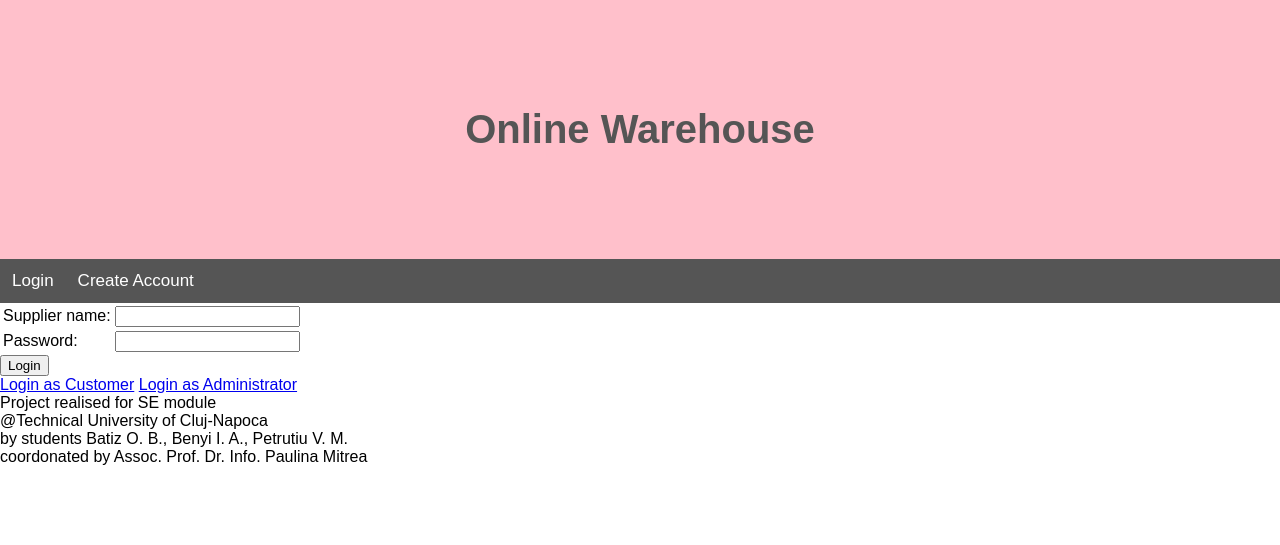
Repository: orsi-batiz/SEwithJSP
Page: http://localhost/OnlineWarehouse/loginSupplier.jsp
The author's editor kept a copy of each file at every save. The page is drawn from the files as they stood at one save, then again after the next save.
The browser window is 1280 px wide. The pictures show the whole page.
The page is served by Tomcat 9. Other server files are loaded and not shown.

Above is the page before, as saved 2019-01-16 19:12:45.

### OnlineWarehouse/OnlineWarehouse/WebContent/loginSupplier.jsp
<%@ page language="java" contentType="text/html; charset=ISO-8859-1"
    pageEncoding="ISO-8859-1"%>
<!DOCTYPE html>
<html>
<head>
<meta charset="ISO-8859-1">
<title>Login supplier</title>
</head>
<body>
<jsp:include page="header.jsp" />
<form action="loginSupplierServlet" method="post">
			<table style="with: 50%">
				<tr>
					<td>Supplier name: </td>
					<td><input type="text" name="username" /></td>
				</tr>
				<tr>
					<td>Password: </td>
					<td><input type="password" name="password" /></td>
				</tr>
				</table>
				<input type="submit" value="Login" /></form>
<a href="${pageContext.request.contextPath}/login.jsp" >Login as Customer</a>

<a href="${pageContext.request.contextPath}/loginAdministrator.jsp" >Login as Administrator</a>

<jsp:include page="footer.jsp" />
</body>
</html>
</html>

### OnlineWarehouse/OnlineWarehouse/WebContent/header.jsp
<%@ page language="java" contentType="text/html; charset=UTF-8"
    pageEncoding="UTF-8"%>
<%@ taglib uri="http://java.sun.com/jsp/jstl/core" prefix="c"%>

<!DOCTYPE html>
<html>
<head>
<meta name="viewport" content="width=device-width, initial-scale=1">
<style>
body {
  margin: 0;
  font-family: Arial, Helvetica, sans-serif;
}

.header-container {
  width: 100%;
  background-color: #555;
  overflow: auto;
}

.header-container a {
  float: left;
  padding: 12px;
  color: white;
  text-decoration: none;
  font-size: 17px;
}

.header-container a:hover {
  background-color: #000;
}

.header-container a:focus {
  background-color: #FFC0CB;
}

.header {
  padding: 80px;
  text-align: center;
  background: #FFC0CB;
  color: #555;
}

/* Increase the font size of the heading */
.header h1 {
  font-size: 40px;
}

</style>
</head>
<body>

<div class="header-container">

    <div class="header">
  		<h1>Online Warehouse</h1>
	</div>

    <div class="header-bar">
        <c:if test="${sessionScope.customer != null}">
           <form action="accountServlet" method="get">
				<input type="submit" value="Account" /></form>
           <form action="logoutServlet" method="post">
				<input type="submit" value="Logout" /></form>

        </c:if>
        <c:if test="${sessionScope.customer == null}">
            <a href="${pageContext.request.contextPath}/login.jsp" >Login</a>
        	<a href="${pageContext.request.contextPath}/createAccount.jsp" >Create Account</a>
        </c:if>

    </div>
</div>

</body>
</html>

### OnlineWarehouse/OnlineWarehouse/WebContent/footer.jsp
<%@ page language="java" contentType="text/html; charset=UTF-8"
    pageEncoding="UTF-8"%>


<div class="footer-container">

   Project realised for SE module
   <br>
   @Technical University of Cluj-Napoca
   <br>
   by students Batiz O. B., Benyi I. A., Petrutiu V. M.
   <br>
   coordonated by Assoc. Prof. Dr. Info. Paulina Mitrea

</div>

After the next save:
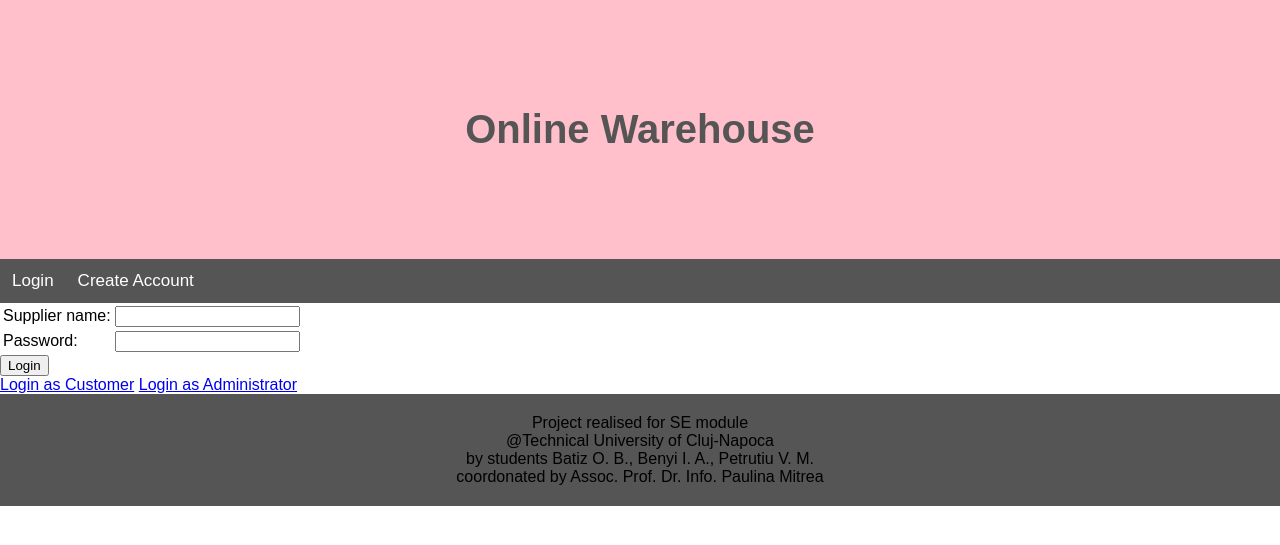
Saved 119 s later.
--- a/OnlineWarehouse/OnlineWarehouse/WebContent/footer.jsp
+++ b/OnlineWarehouse/OnlineWarehouse/WebContent/footer.jsp
@@ -1,6 +1,24 @@
 <%@ page language="java" contentType="text/html; charset=UTF-8"
     pageEncoding="UTF-8"%>
+<!DOCTYPE html>
+<html>
+<head>
+<meta name="viewport" content="width=device-width, initial-scale=1">
+<style>
+body {
+  margin: 0;
+  font-family: Arial, Helvetica, sans-serif;
+}
 
+.footer-container {
+  padding: 20px;
+  text-align: center;
+  background: #555;
+}
+
+</style>
+</head>
+<body>
 
 <div class="footer-container">
 
